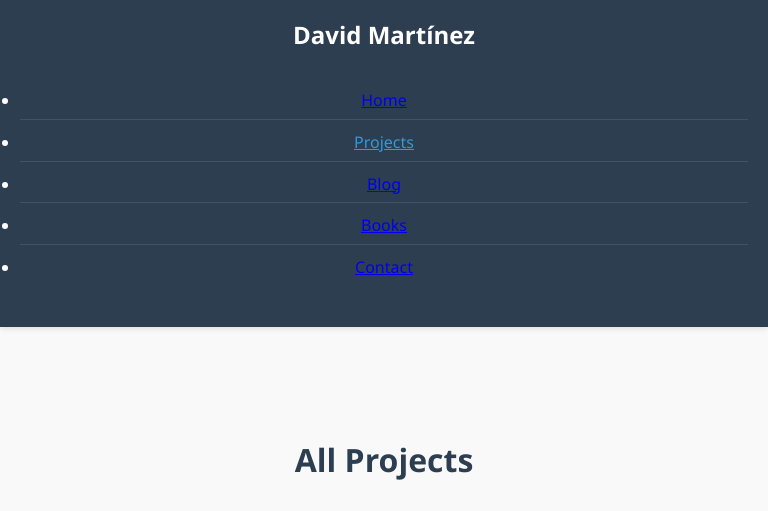
Repository: davidsmv/davidsmv.github.io
Page: projects.html
These files come from the project's save history. The page is drawn as it stood at one moment and after the next save; the edit follows.
The browser window is 768 px wide. The pictures show the part of the page from y = 0 to 511 px (the page is 1688 px tall before and 1621 px after).
A picture or video elsewhere on the page could not be fetched, so the positions and the page height are approximate. The page's requests for data from a server got no answer.

Above is the page before, as saved 2026-01-19 18:56:03.

After the next save:
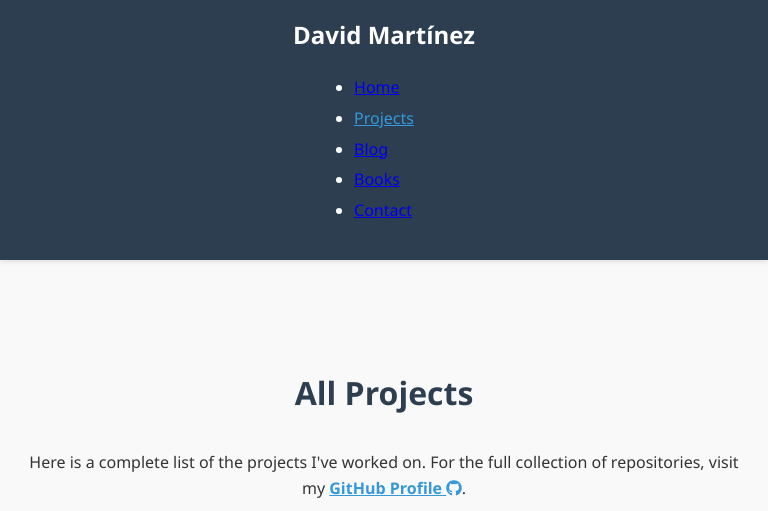
Saved 65 s later.
--- a/styles.css
+++ b/styles.css
@@ -349,18 +349,17 @@ footer {
   }
 
   .nav-links {
-    margin-top: 1.5rem;
-    flex-direction: column; /* Stack tabs vertically */
-    width: 100%;
+    margin-top: 1rem;
+    flex-direction: row;      /* Keep tabs horizontal */
+    flex-wrap: wrap;          /* Allow wrapping on very small screens */
+    justify-content: center;  /* Center the tabs */
     padding: 0;
   }
 
   .nav-links li {
-    margin: 10px 0; /* Vertical spacing "one after the other" */
-    width: 100%;
-    text-align: center;
-    border-bottom: 1px solid rgba(255,255,255,0.1); /* Subtle divider */
-    padding-bottom: 5px;
+    margin: 5px 10px;         /* Space around tabs */
+    width: auto;              /* Auto width */
+    border: none;
   }
 
   .nav-links li:last-child {
